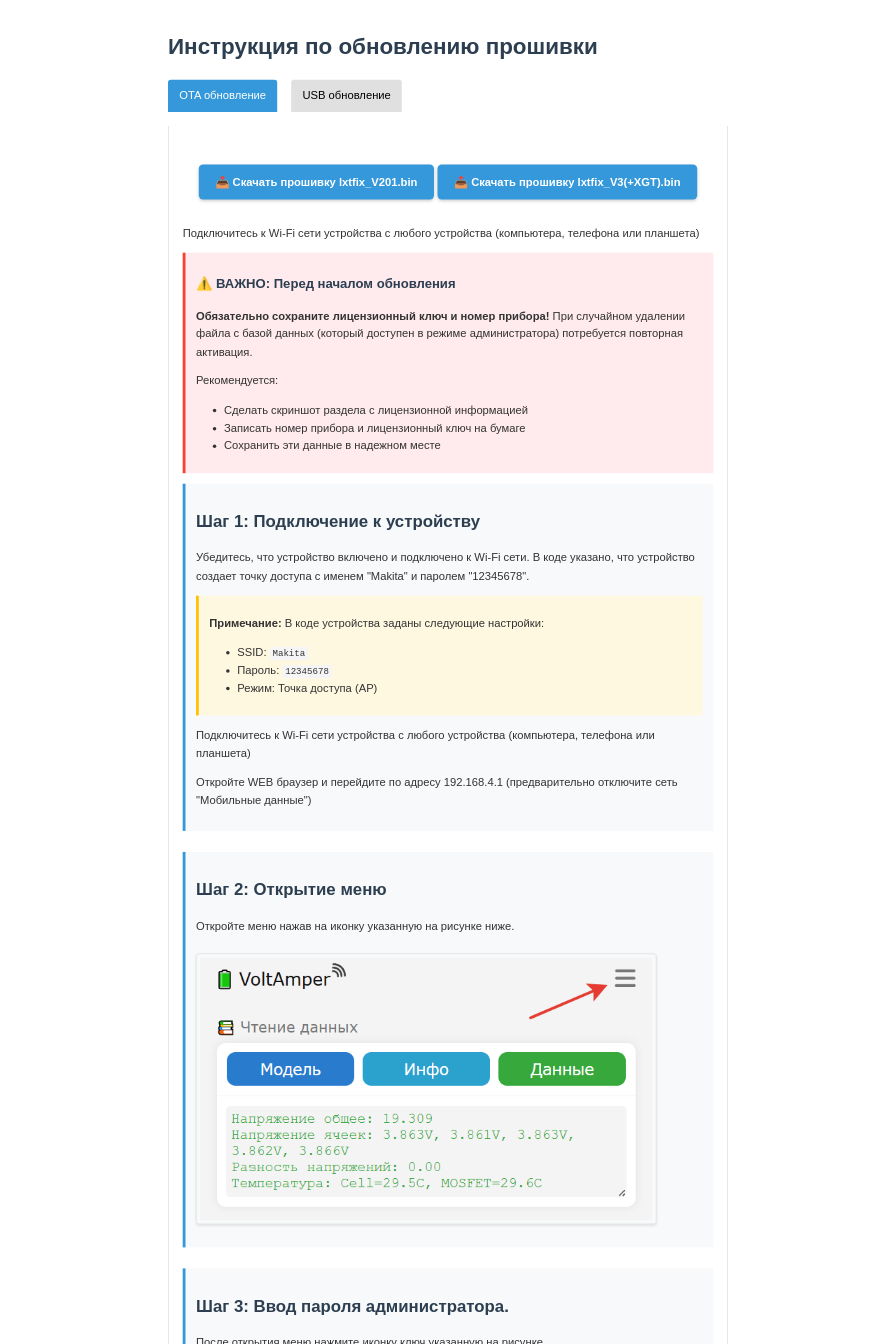
Repository: NikElectronics/ELIXStoFIX
Page: firmware.html
An editor plug-in stored every save of this project. The page is shown before and after the next save, followed by the edit.
The browser window is 1280 px wide. The pictures show the part of the page from y = 0 to 1920 px (the page is 5956 px tall), at 70% of full size.

Above is the page before, as saved 2026-02-12 10:56:15.

After the next save:
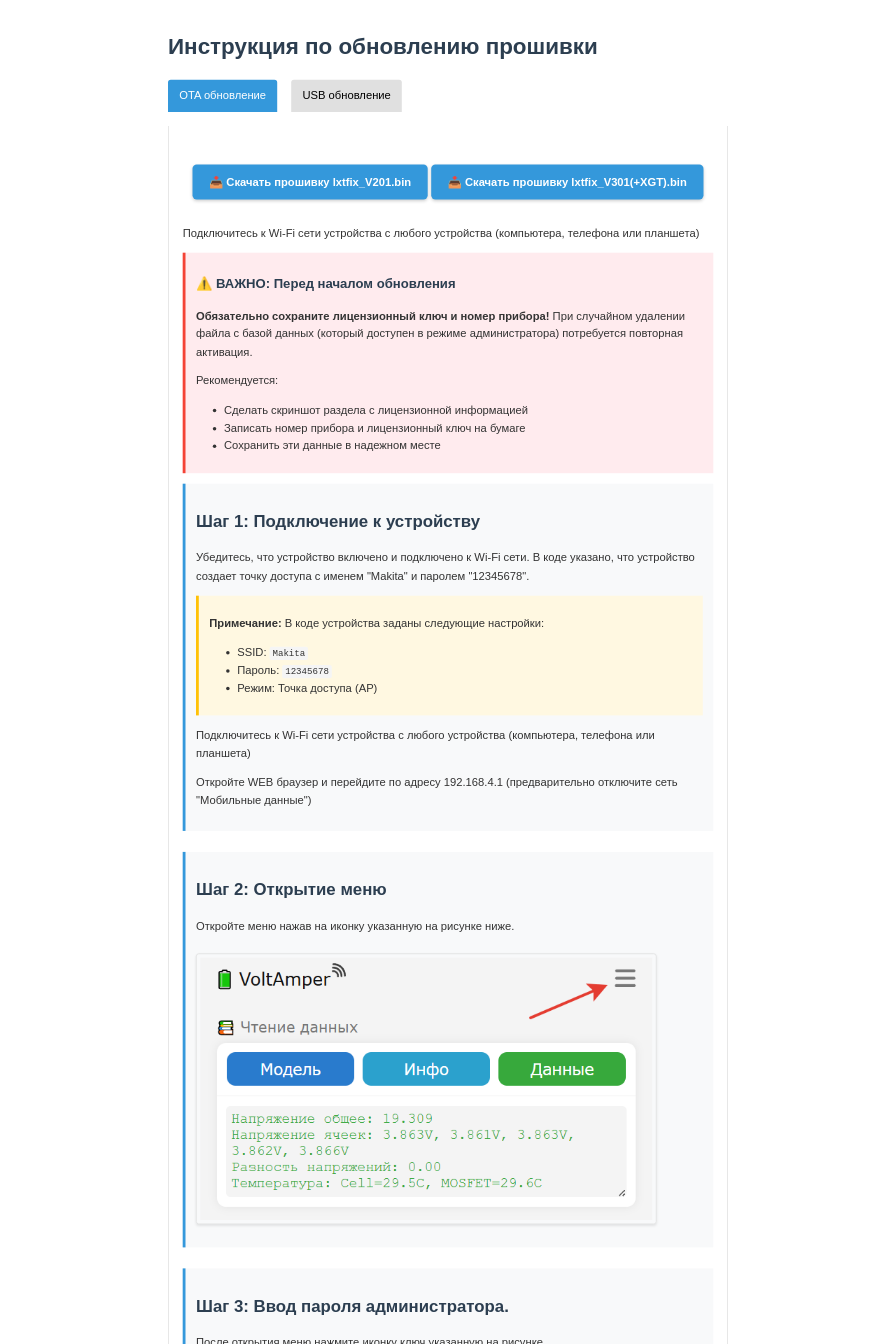
Saved 15 s later.
--- a/firmware.html
+++ b/firmware.html
@@ -178,7 +178,7 @@
                 📥 Скачать прошивку lxtfix_V201.bin
             </a>
             <a href="files/lxtfix_V301(+XGT).bin" download class="download-btn">
-                📥 Скачать прошивку lxtfix_V3(+XGT).bin
+                📥 Скачать прошивку lxtfix_V301(+XGT).bin
             </a>
         </div>
 
